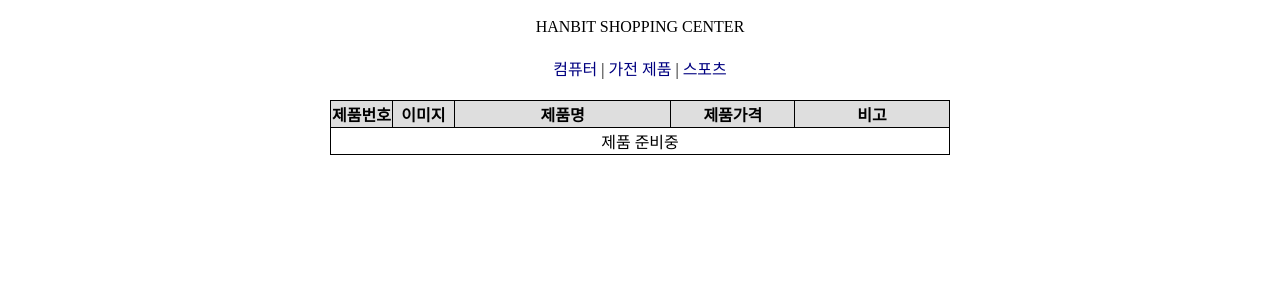
Repository: Koran1/springmvcstudy
Page: http://localhost/spring_mvc02/WEB-INF/views/shop/product_list.jsp
The author's editor kept a copy of each file at every save. The page is drawn from the files as they stood at one save, then again after the next save.
The browser window is 1280 px wide. The pictures show the whole page.
The page is served by Tomcat 9. Nobody is signed in. Other server files are loaded and not shown. The template is opened directly, without the code that normally fills it, so the values that code supplies are empty.

Above is the page before, as saved 2024-10-29 03:34:00.

### spring_mvc02/src/main/webapp/WEB-INF/views/shop/product_list.jsp
<%@ page language="java" contentType="text/html; charset=UTF-8"
	pageEncoding="UTF-8"%>
<%@ taglib prefix="c" uri="http://java.sun.com/jsp/jstl/core" %>
<!DOCTYPE html>
<html>
<head>
<meta charset="UTF-8">
<title>Product list</title>
<style type="text/css">
table {
	margin: 10px auto;
	width: 600;
	border-collapse: collapse;
	font-size: 12pt;
	border-color: navy;
}

table, th, td {
	border: 1px solid black;
}
</style>
</head>
<body>

	<jsp:include page="top.jsp" />

	<table>
		<thead>
			<tr bgcolor="#dedede">
				<th width="10%">제품번호</th>
				<th width="10%">이미지</th>
				<th width="35%">제품명</th>
				<th width="20%">제품가격</th>
				<th width="25%">비고</th>
			</tr>
		</thead>
		<tbody>
			<tr align="center">
				<c:choose>
					<c:when test="${empty shop_list}">
						<td colspan="5">제품 준비중</td>
					</c:when>
					<c:otherwise>
						<c:forEach var="k" items="${shop_list}">
							<td>${k.shop_idx}</td>
							<td><img src="/resources/images/${k.p_image_s}" width="100" height="95"></td>
							<td><a href="product_content.jsp?prod_num=${k.p_name}">${k.p_name}</a></td>
							<td>할인가 :${k.p_saleprice} 원<br> <font color="red">(${k.p_price})</font>
							</td>
							<td>${k.p_content }</td>

						</c:forEach>
					</c:otherwise>
				</c:choose>
			</tr>
		</tbody>

	</table>
</body>
</html>

### spring_mvc02/src/main/webapp/WEB-INF/views/shop/top.jsp
<%@ page language="java" contentType="text/html; charset=UTF-8"
    pageEncoding="UTF-8"%>
<!DOCTYPE html>
<html>
<head>
<meta charset="UTF-8">
<title>Top</title>
    <style>
        a:link{text-decoration:none; color:navy}
        a:visited{text-decoration:none; color:navy}
        a:hover{text-decoration:none; color:red}

		body{ text-align: center }
		hr{
			width: 600px;
			border: 1px;
			color: navy;
		}

		div#header, div#nav{
			width: 600px;
			margin: 10px auto;
			text-align: center;
		}
		div#wrap{ margin: 0 auto; }
    </style>
  </head>
  <body>
  <div id="wrap">
	  <hr noshade/>
	  <div id="header">
		  <span class="title">
			  HANBIT SHOPPING CENTER
		  </span>
	  </div>
	  <hr noshade/>
	  <div id="nav">
		  <a href="product_list.jsp?category=com001">컴퓨터</a> |
		  <a href="product_list.jsp?category=ele002">가전 제품</a> |
		  <a href="product_list.jsp?category=sp003">스포츠</a>
	  </div>
	  <hr noshade/>
  </div>
  </body>
</html>

After the next save:
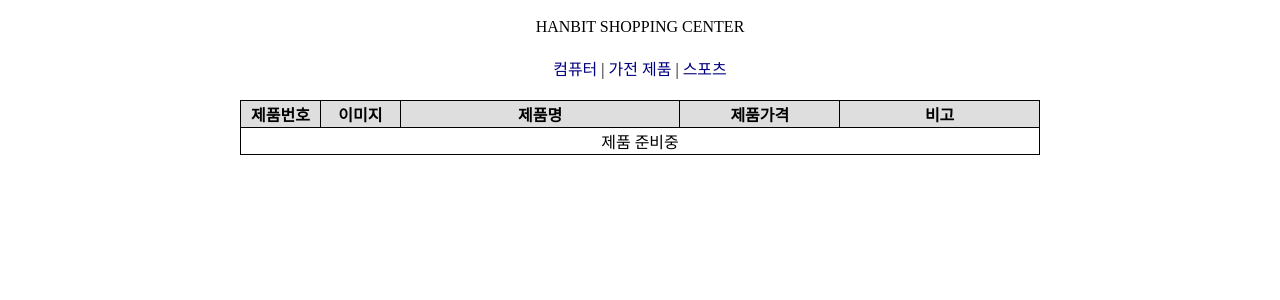
Saved 52 s later.
--- a/spring_mvc02/src/main/webapp/WEB-INF/views/shop/product_list.jsp
+++ b/spring_mvc02/src/main/webapp/WEB-INF/views/shop/product_list.jsp
@@ -9,7 +9,7 @@
 <style type="text/css">
 table {
 	margin: 10px auto;
-	width: 600;
+	width: 800px;
 	border-collapse: collapse;
 	font-size: 12pt;
 	border-color: navy;
